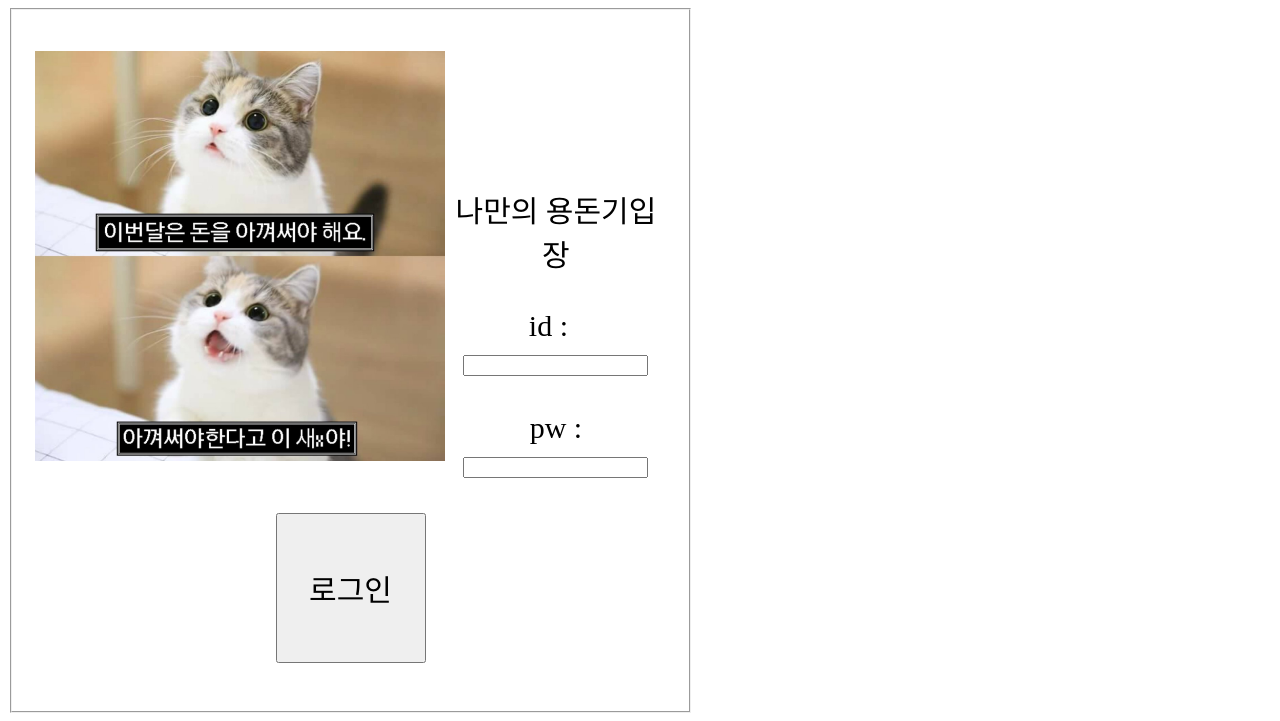
Repository: hus0124/M-IT
Page: JSP_Workspaces/pocketMoneyDiary/WebContent/index.html
These files come from the project's save history. The page is drawn as it stood at one moment and after the next save; the edit follows.
The browser window is 1280 px wide. The pictures show the whole page.

Above is the page before, as saved 2020-01-02 04:31:42.

After the next save:
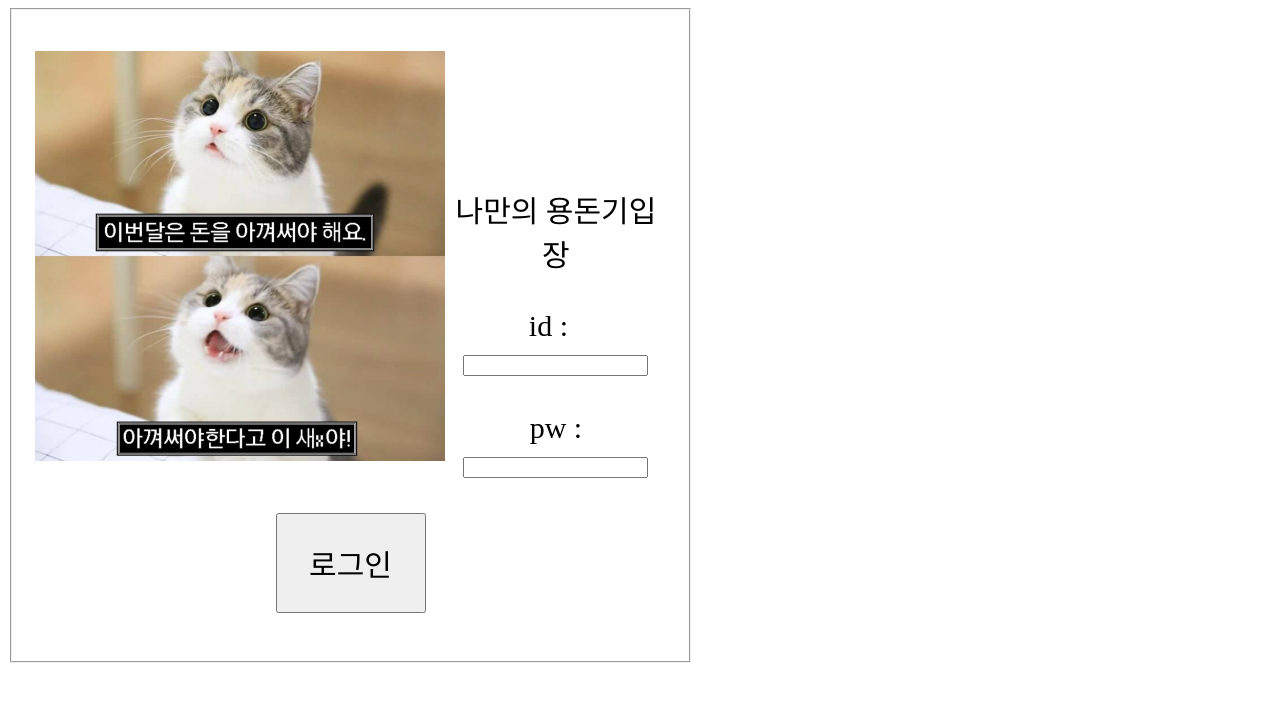
Saved 17 s later.
--- a/JSP_Workspaces/pocketMoneyDiary/WebContent/index.html
+++ b/JSP_Workspaces/pocketMoneyDiary/WebContent/index.html
@@ -15,7 +15,7 @@ body {font-size:30px}
 		<br><br><br><br>나만의 용돈기입장<br><br>
 		id :&nbsp;&nbsp;<input type="text" name = "id"><br><br>
 		pw : <input type="text" name = "pw"><br><br>
-		<input type="submit" value = "로그인" style="width:150px;height:150px;font-size:30px;">
+		<input type="submit" value = "로그인" style="width:150px;height:100px;font-size:30px;">
 		</p>
 	</form>
 	</fieldset>
